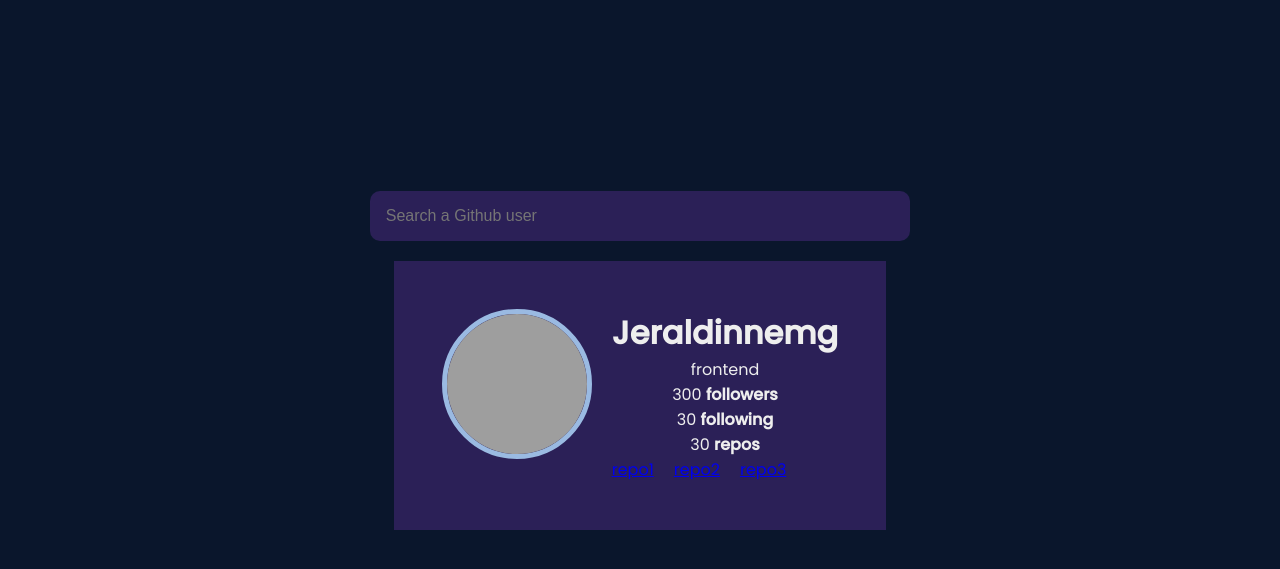
Repository: jeraldinnemg/githubprofile
Page: index.html
These files come from the project's save history. The page is drawn as it stood at one moment and after the next save; the edit follows.
The browser window is 1280 px wide. The pictures show the whole page.
Pictures or frames that could not be fetched are drawn as grey boxes.

Above is the page before, as saved 2022-09-16 23:14:07.

### index.html
<!DOCTYPE html>
<html lang="en">
<head>
    <meta charset="UTF-8">
    <meta http-equiv="X-UA-Compatible" content="IE=edge">
    <meta name="viewport" content="width=device-width, initial-scale=1.0">
    <link rel="stylesheet" href="style.css">
    <title>Github profiles</title>
</head>
<body>


    <div class="container">
        <form class="user-form">
            <input type="text" placeholder="Search a Github user">
        </form>
        <main class="card">

            <div class="profile-image">
                <img src="https://randomuser.me/api/portraits/men/30.jpg" alt="">
            </div>
            <div class="profile-content">
                <h1 class="user-name">Jeraldinnemg</h1>
                <p class="user-description"> frontend</p>
                <ul class="user-statistics">
                    <li>300 <strong>followers</strong></li>
                    <li>30 <strong>following</strong></li>
                    <li>30 <strong>repos</strong></li>
                </ul>
                <div class="user-repos">
                    <a href="#" class="repo">repo1</a>
                    <a href="#" class="repo">repo2</a>
                    <a href="#" class="repo">repo3</a>
                </div>
            </div>


        </main>

    </div>


    <script src="script.js"></script>
</body>
</html>

### style.css
@import url('https://fonts.googleapis.com/css2?family=Poppins:wght@400;500&display=swap');

* {
    margin:0;
    padding:0;
    box-sizing: border-box;
}

body {
    font-family: 'Poppins', 'sans-serif';
    font-size:1rem;
    background-color: #0a162c;
    color: #fff;
    display: flex;
    flex-direction: column;
    justify-content: center;
    align-items: center;
    height: 100vh;
}

.container {

    display: flex;
    flex-direction: column;
    justify-content: center;
    align-items: center;
    text-align: center;

    gap:20px;
}
.user-form {
    width:100%;
    max-width: 700px;
}

.user-form input{
    width:100%;
    display: block;
    background-color: #2b2057;
    border: none;
    border-radius: 10px;
    padding: 1em;
    font-size: 1rem;
    color:#fff;
    box-shadow:  0 5px 10px rgba(154, 160, 185, 0.05),
    0 15px 40px rgba(0, 0, 0, 0.1px) ;
}
user-form input::placeholder{
    color: #bbb;
}
.user-form input:focus{
    outline: none;
}

input:focus{
    border: none;
}

ul {
    list-style: none;
}

.card {
    max-width: 800px;
    display: flex;
    flex-direction: row;
    justify-content: space-around;
    background-color: #2b2057;
    box-shadow:  0 5px 10px rgba(154, 160, 185, 0.05),
    0 15px 40px rgba(0, 0, 0, 0.1px) ;
    padding: 3em;
    margin: 0 1.5rem;
    gap:20px;
}

img {
    border-radius: 50%;
    border: 5px solid #9abae2;
    height: 150px;
    width: 150px;;
}

.profile-content {
    color: #eee;
}

.user-statistics ul{
    list-style: none;
}

.user-repos{
    display: flex;
    gap:20px
}

Loaded but not shown: script.js (no copy from this time; the picture is the same without it)

After the next save:
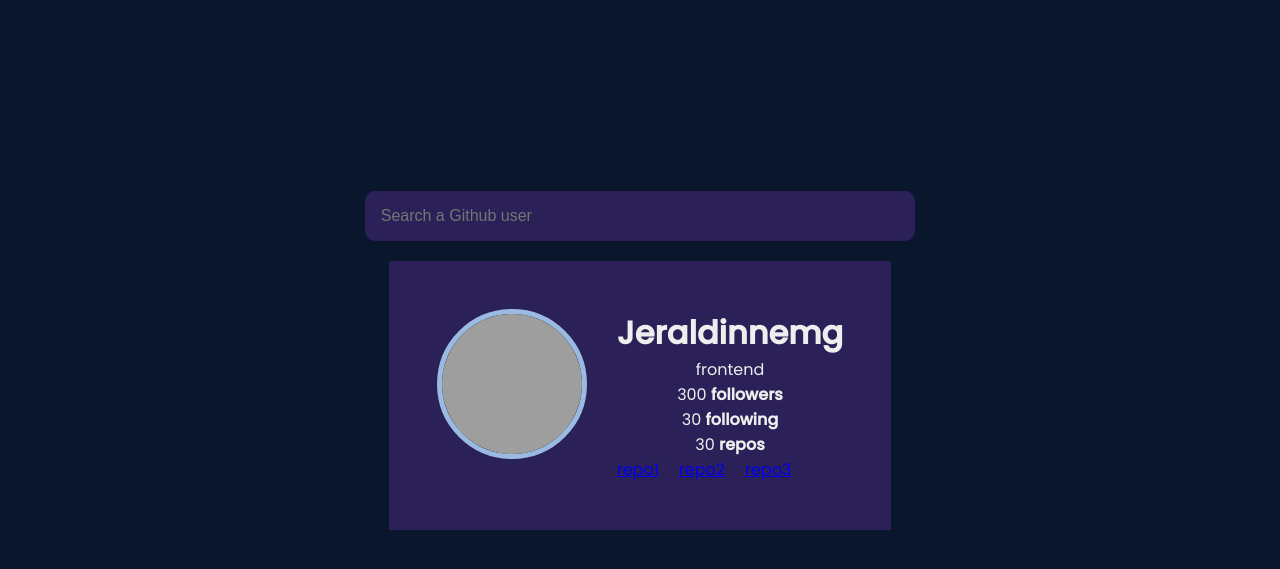
Saved 5 s later.
--- a/style.css
+++ b/style.css
@@ -70,7 +70,7 @@ ul {
     0 15px 40px rgba(0, 0, 0, 0.1px) ;
     padding: 3em;
     margin: 0 1.5rem;
-    gap:20px;
+    gap:30px;
 }
 
 img {
